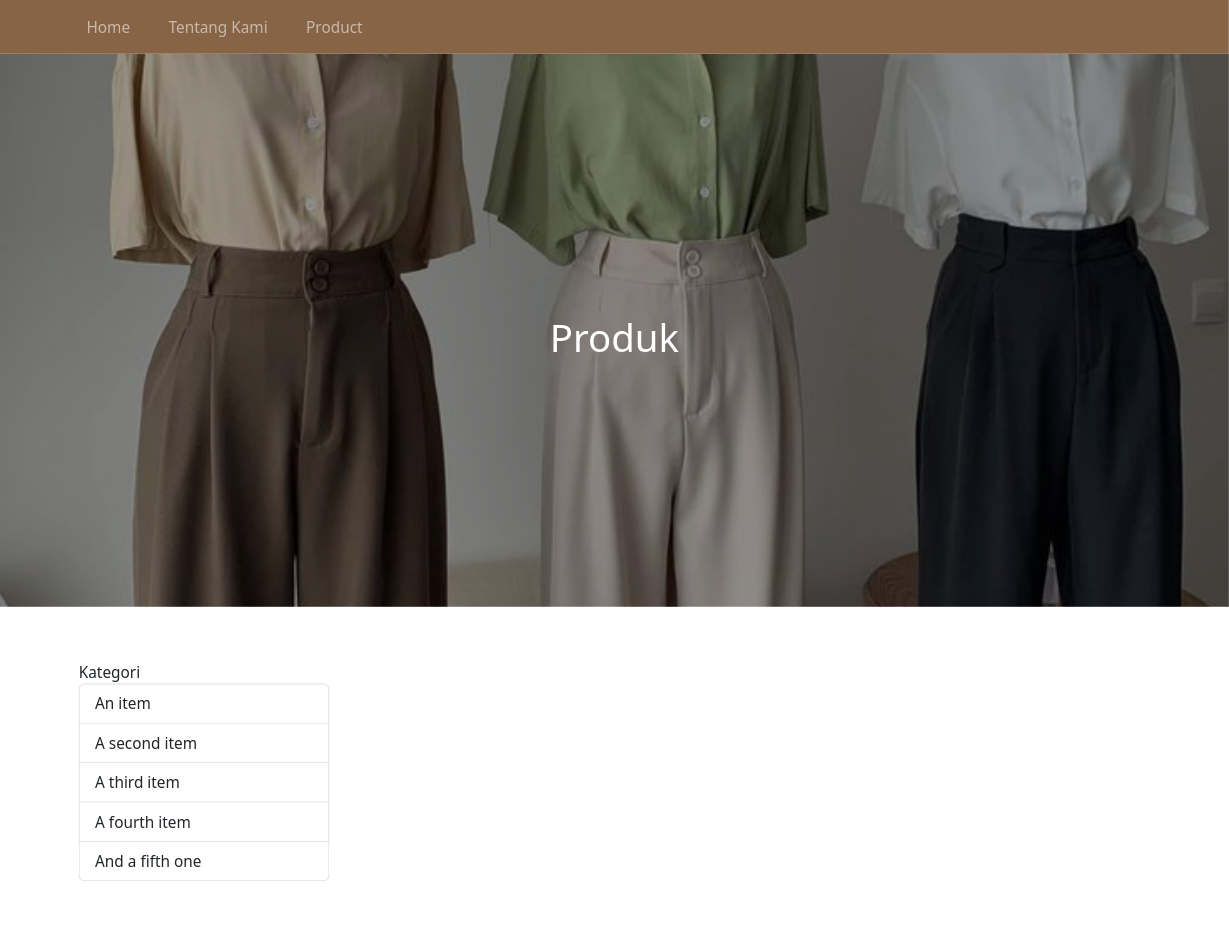
Repository: herman165/tugas_uas
Page: http://localhost/produk.php
An editor plug-in stored every save of this project. The page is shown before and after a run of saves, followed by the edit.
The browser window is 1280 px wide. The pictures show the whole page, at 96% of full size.
The page is run by PHP 8.4 with error messages shown; the project is at /var/www/html/.

Above is the page before, as saved 2024-12-11 03:21:38.

After the next 5 saves:
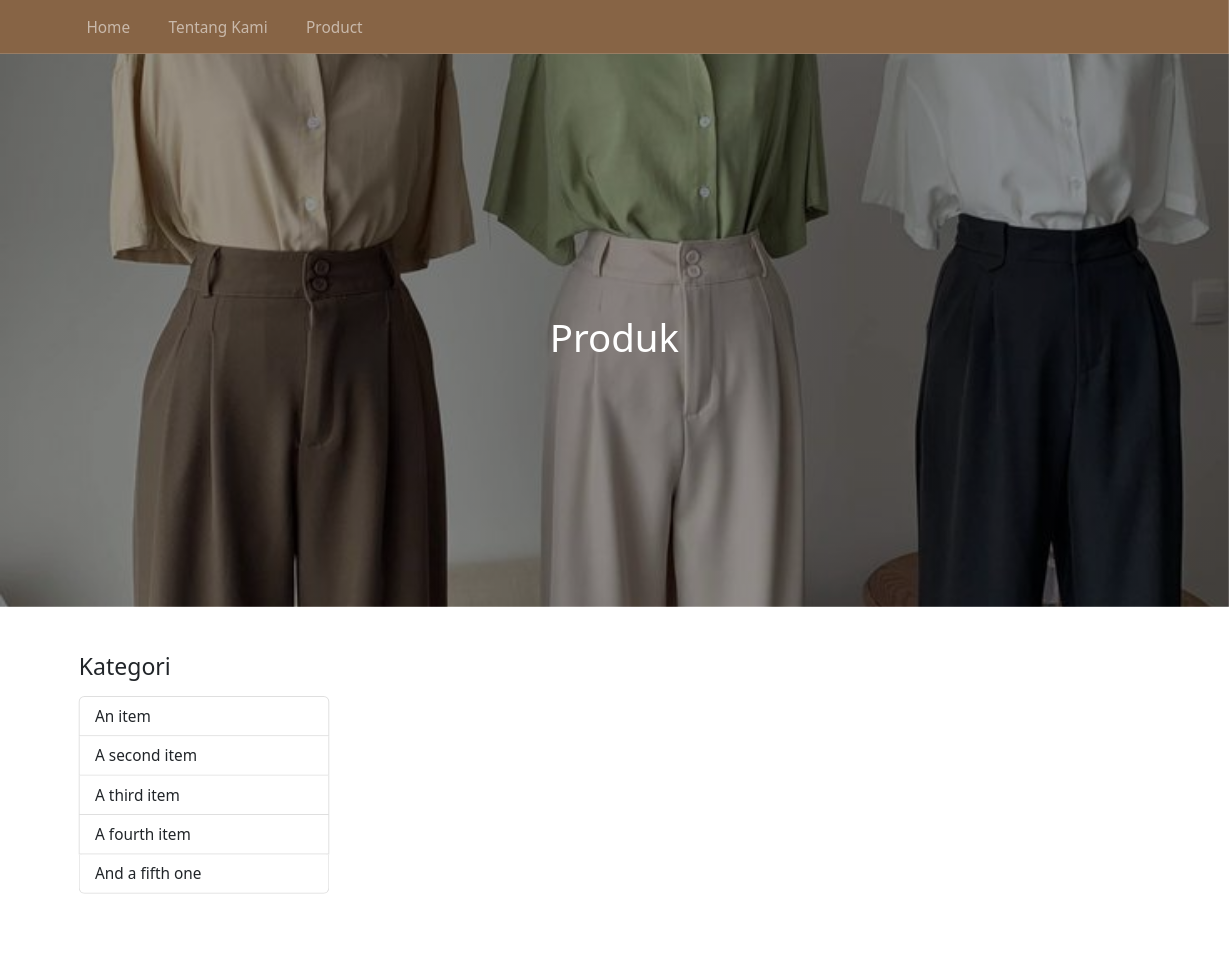
The 5 saves are shown as one change because they came seconds apart.
The last was saved 17 s later.
--- a/produk.php
+++ b/produk.php
@@ -24,7 +24,7 @@
         <div class="container py-5">
             <div class="row">
                 <div class="col-md-3 mb-4">
-                    <h4></h4>Kategori</h4>
+                    <h4 class="mb-3">Kategori</h4>
                     <ul class="list-group">
                         <li class="list-group-item">An item</li>
                         <li class="list-group-item">A second item</li>
